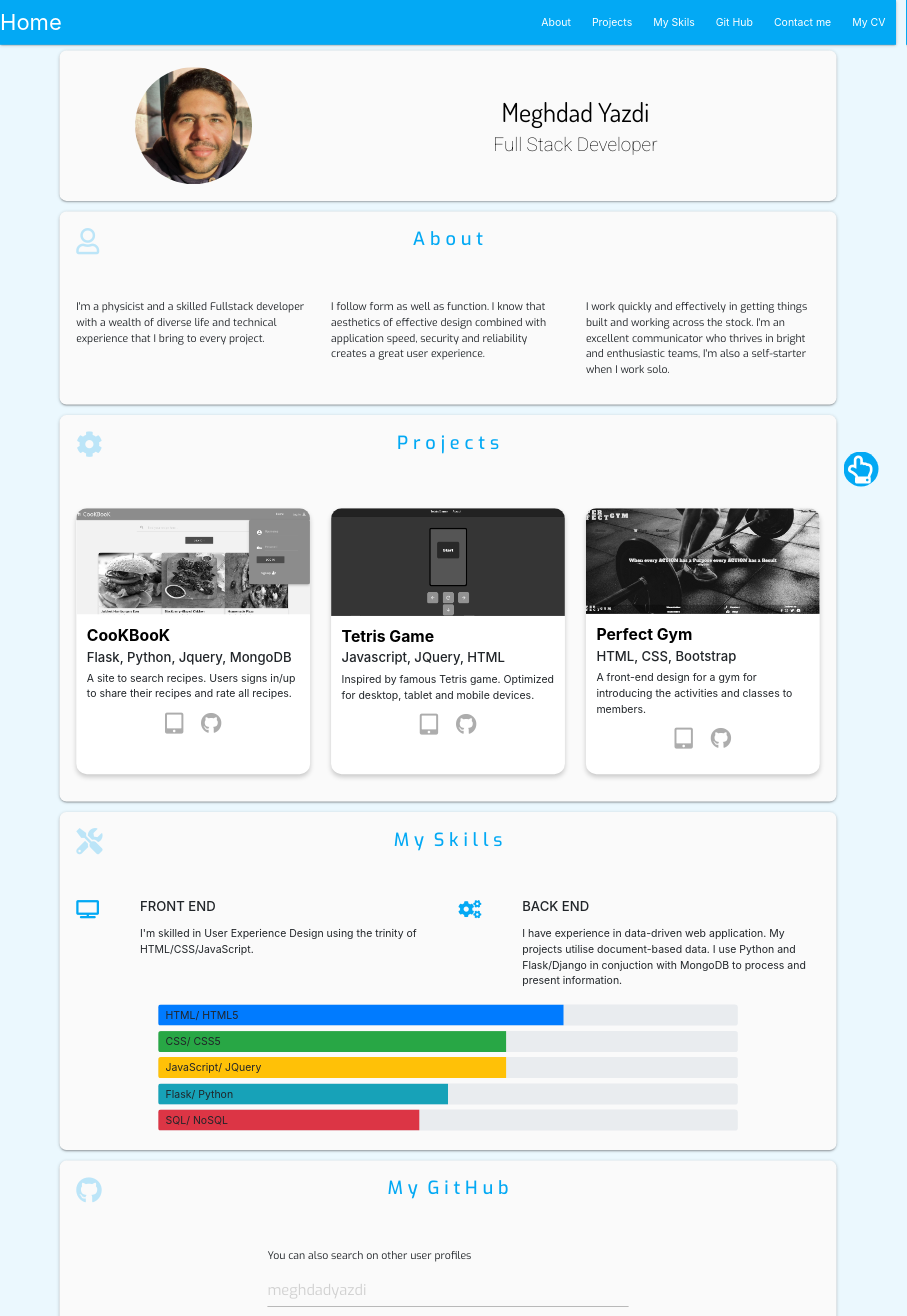
Repository: meghdadyazdi/SD_Res
Page: index.html
The author's editor kept a record of every edit. The page is drawn from the files as they stood at one moment, then again after the next edit.
The browser window is 1280 px wide. The page is 1295 px wide, so the pictures cover 1295 px, including what lies to the right of the window. The pictures show the part of the page from y = 0 to 1880 px (the page is 2607 px tall before and 2534 px after), at 70% of full size.
Some web libraries are served in a nearby version.

Above is the page before.
Console error: ReferenceError: $ is not defined

After the next edit:
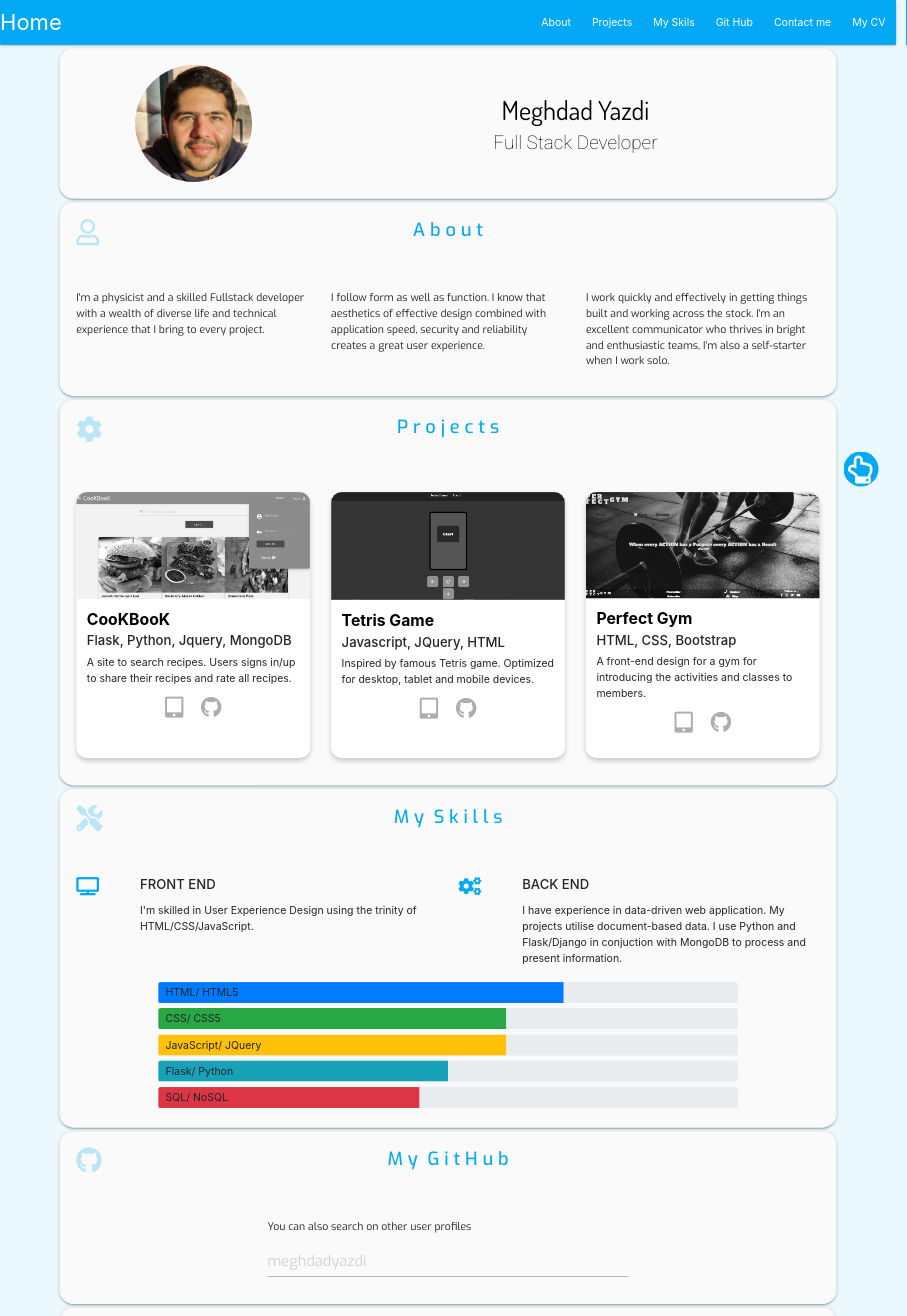
The edit:
--- a/assets/style.css
+++ b/assets/style.css
@@ -25,7 +25,8 @@
 
 .card-panel {
     position: relative;
-    border-radius: 10px;
+    border-radius: 20px;
+    margin: 5px 0px;
 }
 
 .dark-bg{
